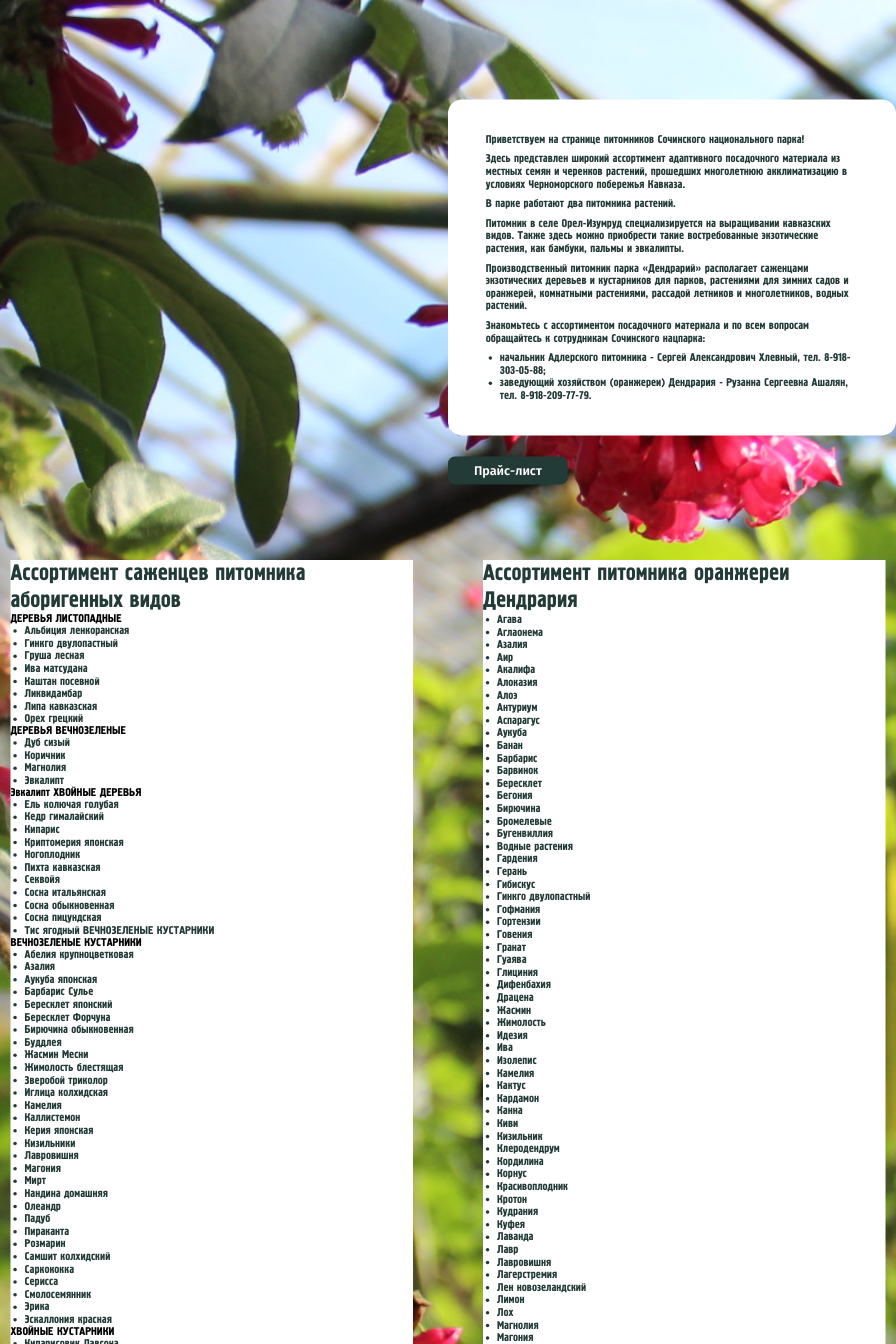
Repository: sem1103/np-sochi
Page: index.html
The author's editor kept a copy of each file at every save. The page is drawn from the files as they stood at one save, then again after the next save.
The browser window is 1280 px wide. The pictures show the part of the page from y = 0 to 1920 px (the page is 2784 px tall before and 2897 px after), at 70% of full size.

Above is the page before, as saved 2024-01-17 22:10:08.

After the next save:
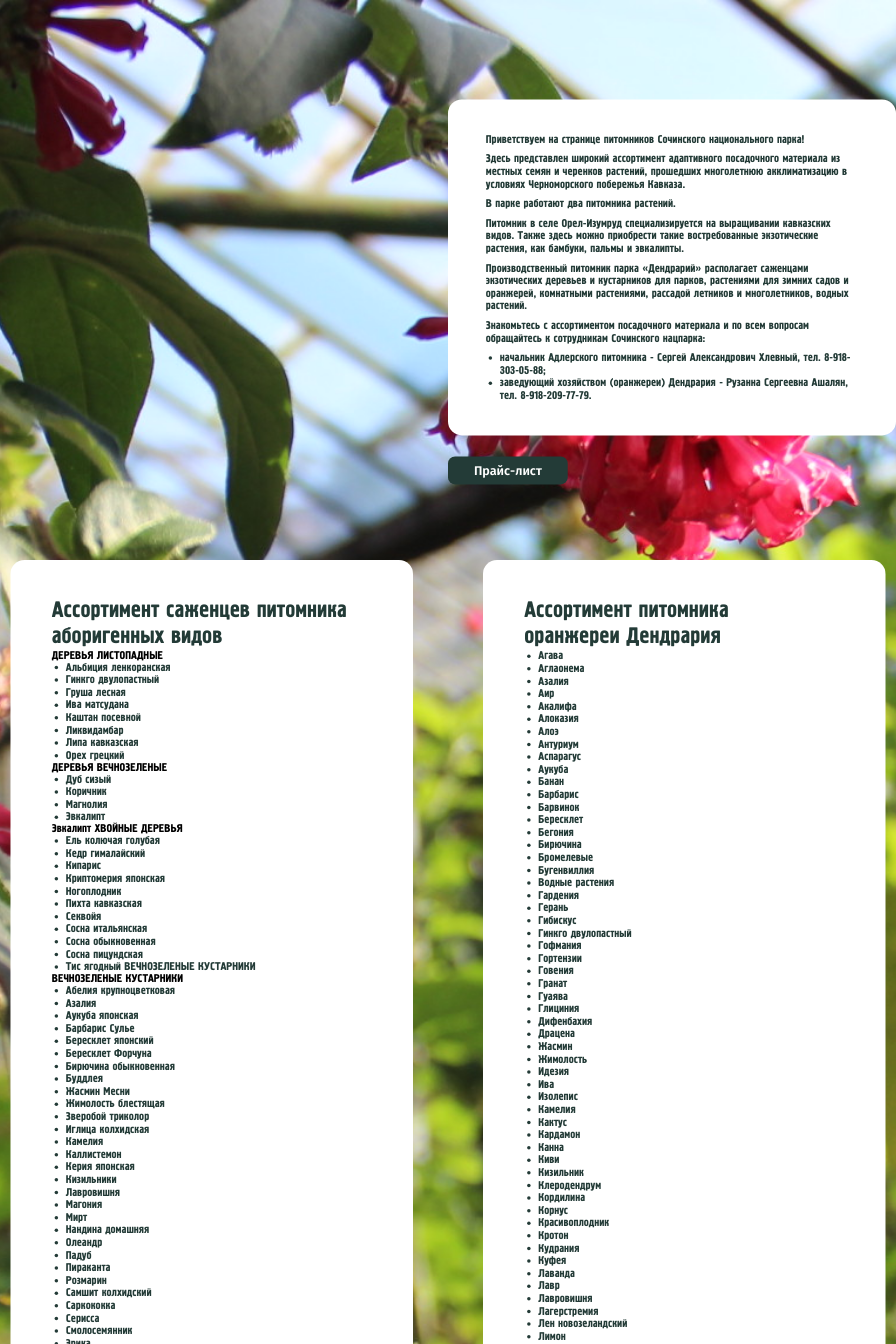
Saved 45 s later.
--- a/styles/main.css
+++ b/styles/main.css
@@ -58,4 +58,6 @@ h3{
 .item{
     flex-basis: calc(50% - 50px);
     background: #fff;
+    padding: 52px 88px 61px 59px;
+    border-radius: 20px;
 }
